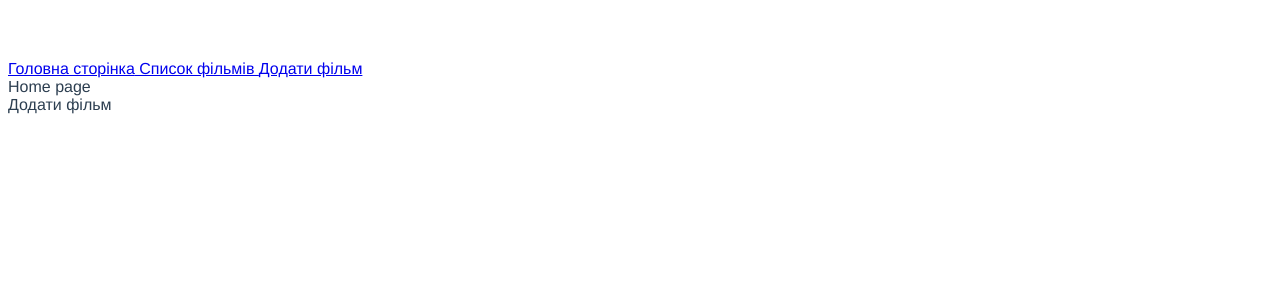
Repository: kristinap8/movies-gallery
Page: /
An editor plug-in stored every save of this project. The page is shown before and after a run of saves, followed by the edit.
The browser window is 1280 px wide. The pictures show the whole page.
The project was rebuilt for these pictures with package versions that can differ from the ones it lists, and the page was loaded fresh each time. Also part of the build but not shown: src/pages/Movie/index.vue, src/pages/AddMovie/index.vue, src/components/MovieInfo/index.vue, src/components/MoviesList/index.vue, src/pages/AllMovies/index.vue.

Above is the page before, as saved 2020-10-30 22:10:48.

After the next 4 saves:
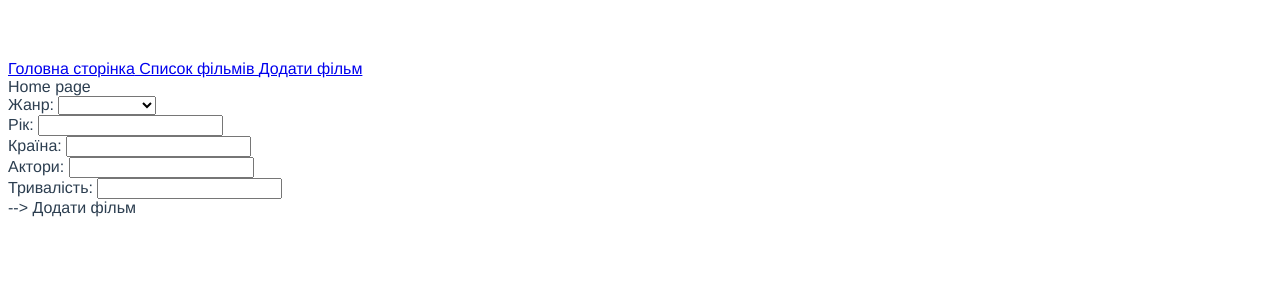
The 4 saves are shown as one change because 3 did not build or start.
The last was saved 2 min 39 s later.
--- a/src/components/AddMovieForm/index.vue
+++ b/src/components/AddMovieForm/index.vue
@@ -9,19 +9,15 @@
           placeholder="Введіть назву фільму..."
         ></b-form-input>
       </b-form-group>
-     <!-- <div>
-      <label>
-        Назва фільму:
-        <input type="text" v-model="name" />
-      </label>
-    </div>
-    <div>
-      <label>
-        Картинка:
-        <input type="url" v-model="image" />
-      </label>
-    </div>
-    <div>
+      <b-form-group label="Картинка:" label-for="image">
+        <b-form-input
+          id="image"
+          v-model="image"
+          placeholder="Введіть url картинки..."
+        ></b-form-input>
+      </b-form-group>
+
+     <div>
       <label>
         Жанр:
         <select v-model="genre" class="form-control">
